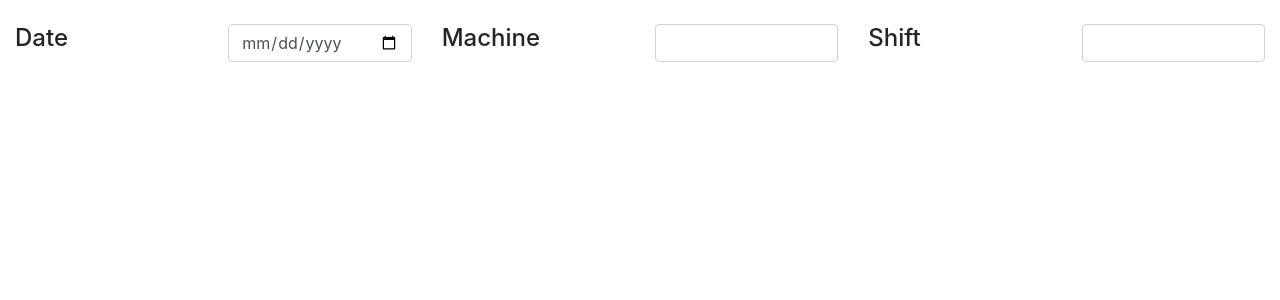
Repository: hisamit97/TVS-Locas
Page: index.html
The author's editor kept a copy of each file at every save. The page is drawn from the files as they stood at one save, then again after the next save.
The browser window is 1280 px wide. The pictures show the whole page.

Above is the page before, as saved 2020-11-30 12:37:40.

After the next save:
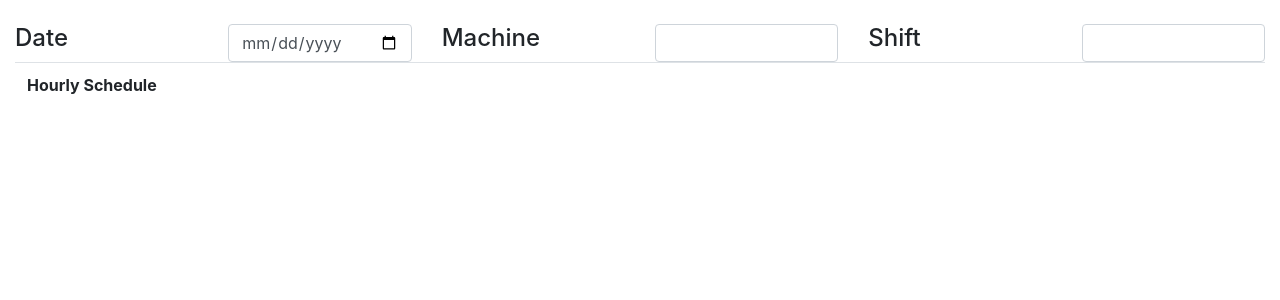
Saved 3 min 14 s later.
--- a/index.html
+++ b/index.html
@@ -36,6 +36,16 @@
                 </div>
             </div>
         </div>
+        <div class="row">
+            <div class="col-md-12">
+                <table class="table">
+                   <tr>
+                       <th>Hourly Schedule</th>
+                   </tr>
+
+                </table>
+            </div>
+        </div>
     </div>
 </body>
 </html>
